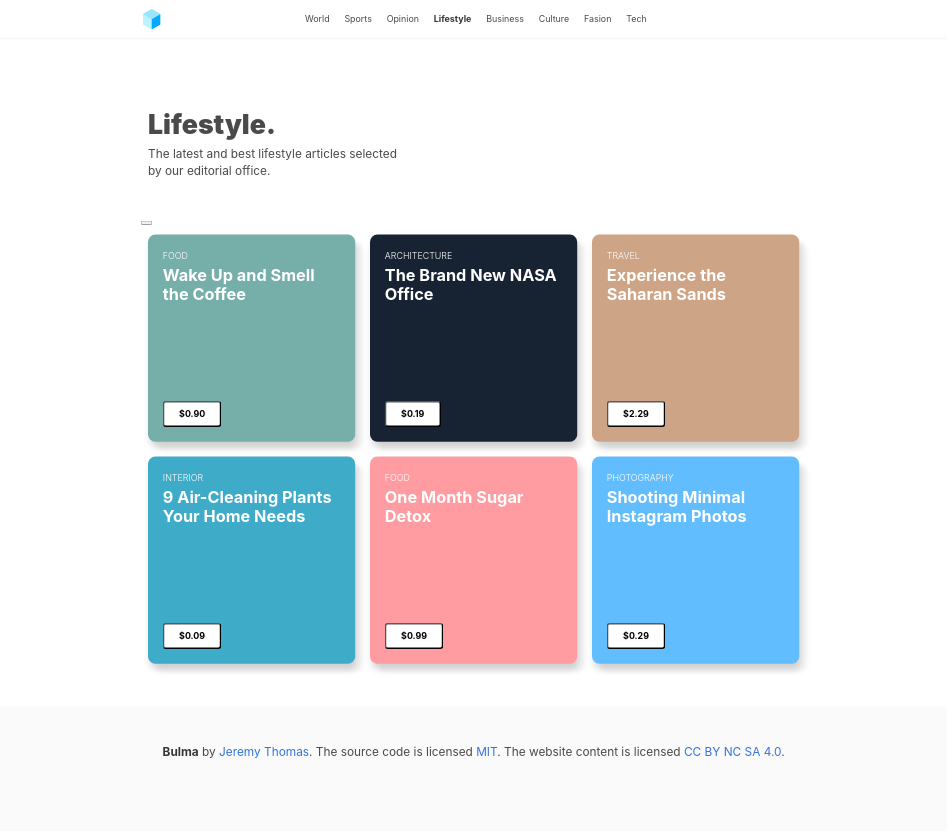
Repository: DOODpls/js_ass1
Page: index.html
These files come from the project's save history. The page is drawn as it stood at one moment and after the next save; the edit follows.
The browser window is 1280 px wide. The pictures show the whole page, at 74% of full size.
After loading, the first visible `#butt1` was clicked once.

Above is the page before, as saved 2019-11-22 19:16:32.

After the next save:
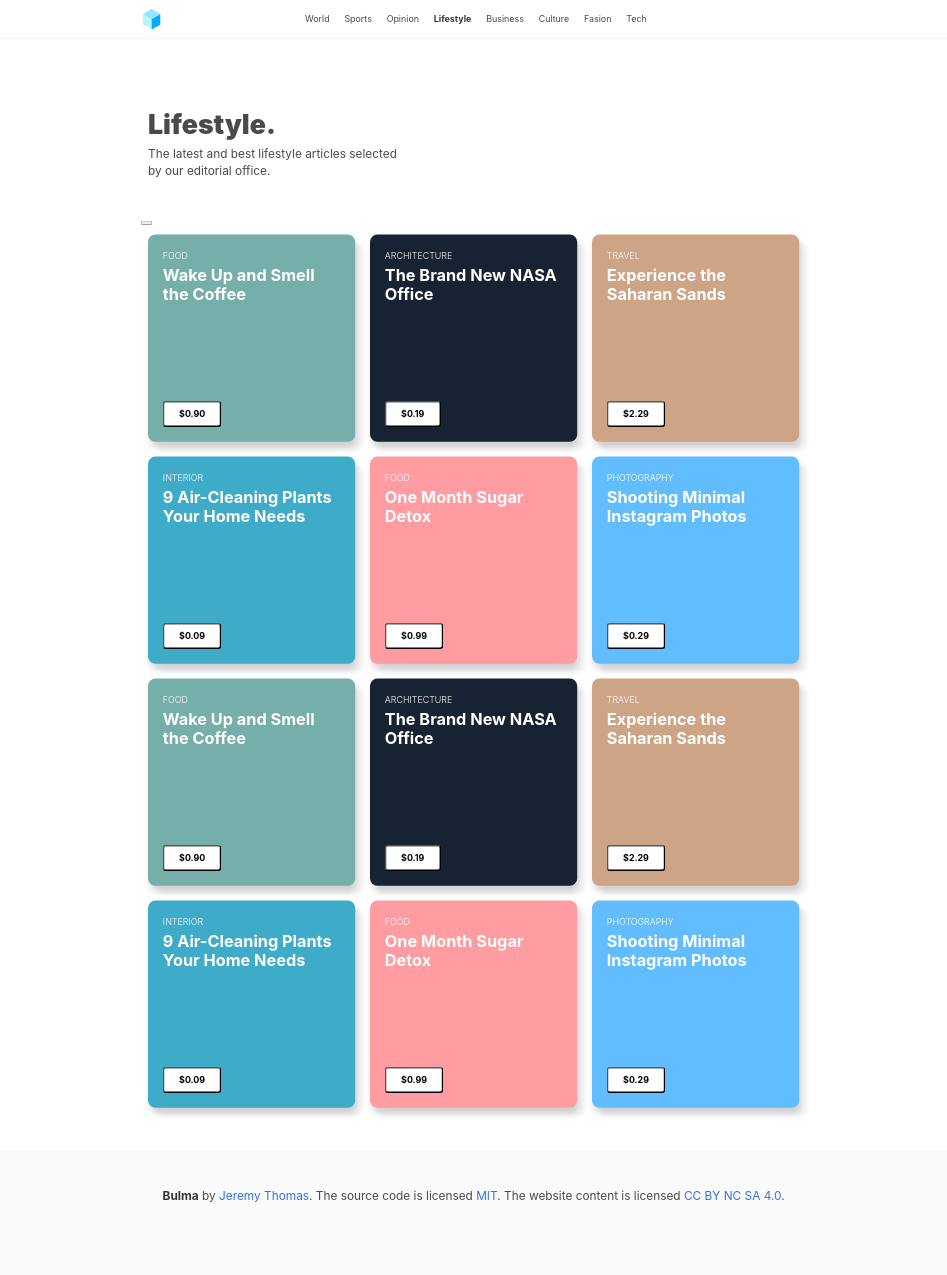
Saved 113 s later.
--- a/app.js
+++ b/app.js
@@ -120,6 +120,30 @@ const data = [
     const button2 = document.querySelector('#butt1')
     button2.addEventListener('click', function(event) {
         sort1()
+        data.forEach(function(item)
+    {
+
+        const tilers = document.querySelector('#content')
+        const divr = document.createElement('div')
+        divr.className = 'card'
+        divr.style.backgroundColor = item.color
+        tilers.appendChild(divr)
+
+        const pr1 = document.createElement('p')
+        pr1.textContent = item.topic
+        pr1.className= 'topic'
+        divr.appendChild(pr1)
+
+        const pr2 = document.createElement('p')
+        pr2.textContent = item.title
+        pr2.className= 'title'
+        divr.appendChild(pr2)
+
+        const btr2 = document.createElement('button')
+        btr2.textContent = item.price
+        btr2.className= 'buy-button'
+        divr.appendChild(btr2)
+    })
     })
 
     //this one also works lolllll
